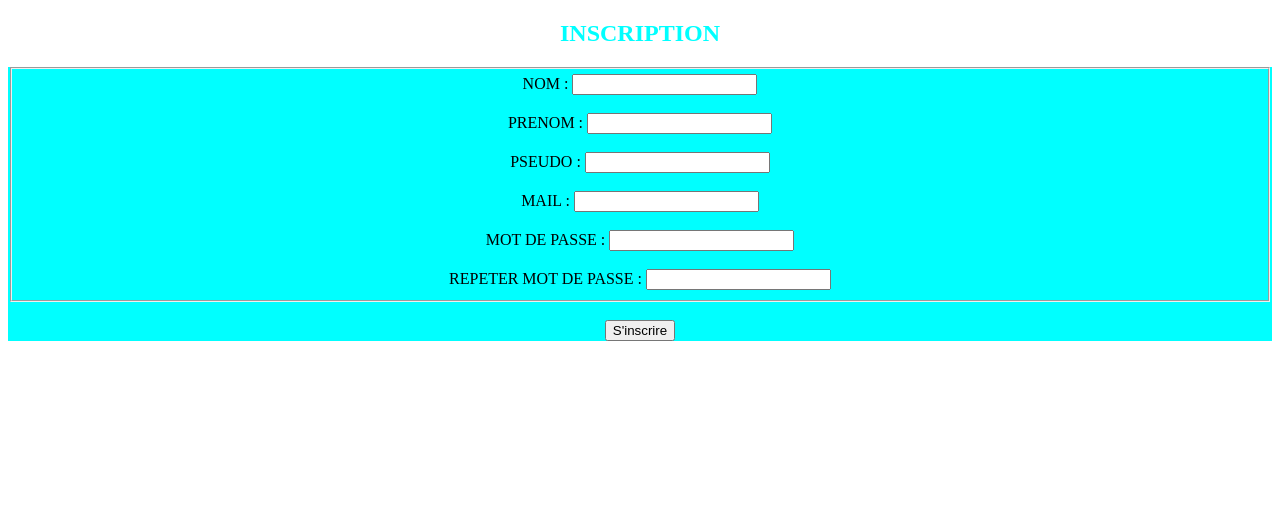
Repository: Aoua1414/JavaDeAoua
Page: http://localhost/MonServletJsp/Inscrire.jsp
An editor plug-in stored every save of this project. The page is shown before and after the next save, followed by the edit.
The browser window is 1280 px wide. The pictures show the whole page.
The page is served by Tomcat 9. Nobody is signed in. The application's start-up code is not run. Other server files are loaded and not shown.

Above is the page before, as saved 2022-07-25 14:35:54.

### ODC/MonServletJsp/src/main/webapp/Inscrire.jsp
<%@ page language="java" contentType="text/html; charset=UTF-8"
    pageEncoding="UTF-8"%>
<!DOCTYPE html>
<html>
<head>
<link rel="stylesheet" href="aoua.css" type="text/css">
<meta charset="UTF-8">
<title>Inscription</title>
</head>
<body>
<h2>INSCRIPTION</h2>

    <form method="post"  action = "Accueil">
    <fieldset>
     <div>
    <label for= "nom" > NOM :</label>
    <input type="text" id= "nom" name="nom"/>
    </div>
    <div>
    <br>
     <label for= "prenom" > PRENOM :</label>
    <input type="text" />
    </div>

    <div>
    <br>
     <label for= "pseudo" > PSEUDO :</label>
    <input type="text" />
    </div>

    <div>
    <br>
     <label for= "mail" > MAIL :</label>
    <input type="text" />
    </div>

    <div>
    <br>
     <label for= "pass" > MOT DE PASSE :</label>
    <input type="text" />
    </div>

    <div>
    <br>
     <label for= "repeter" > REPETER MOT DE PASSE :</label>
    <input type="text" />
    </div>
    </fieldset>
    <br>
    <button type="submit">S'inscrire</button>



    </form>

<p>

</p>
</body>
</html>

### ODC/MonServletJsp/src/main/webapp/aoua.css

h2{
	color:#00ffff;
	text-align : center;

}
form {

	text-align : center;
	background-color:#00ffff;

}

After the next save:
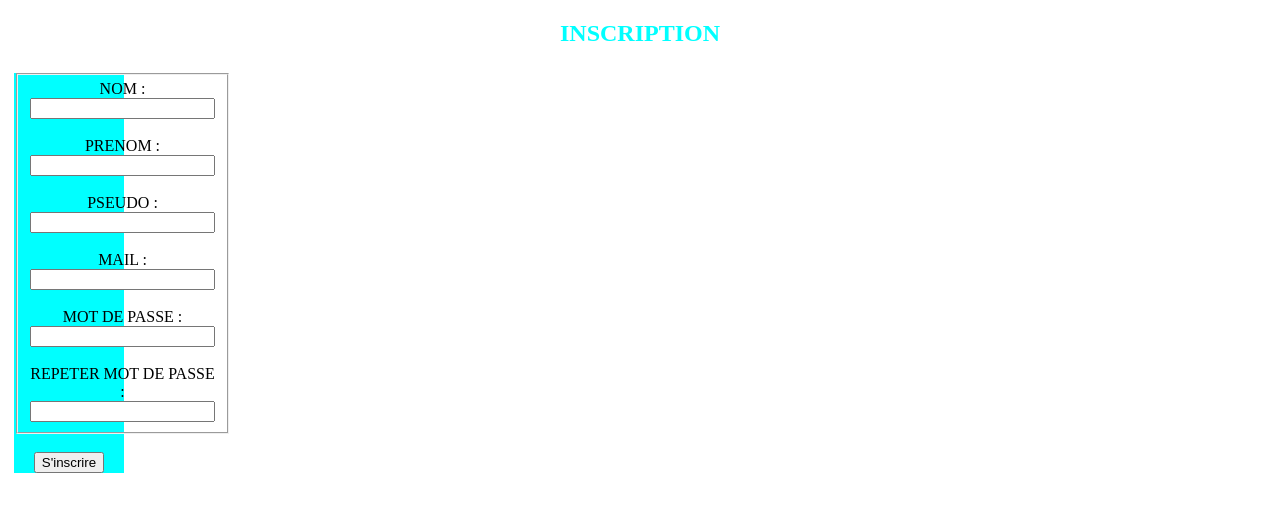
Saved 117 s later.
--- a/ODC/MonServletJsp/src/main/webapp/aoua.css
+++ b/ODC/MonServletJsp/src/main/webapp/aoua.css
@@ -8,5 +8,9 @@ form {
 
 	text-align : center;
 	background-color:#00ffff;
+	width: 110px;
+  display: inline-block;
+  vertical-align: top;
+  margin: 6px;
 
 }
